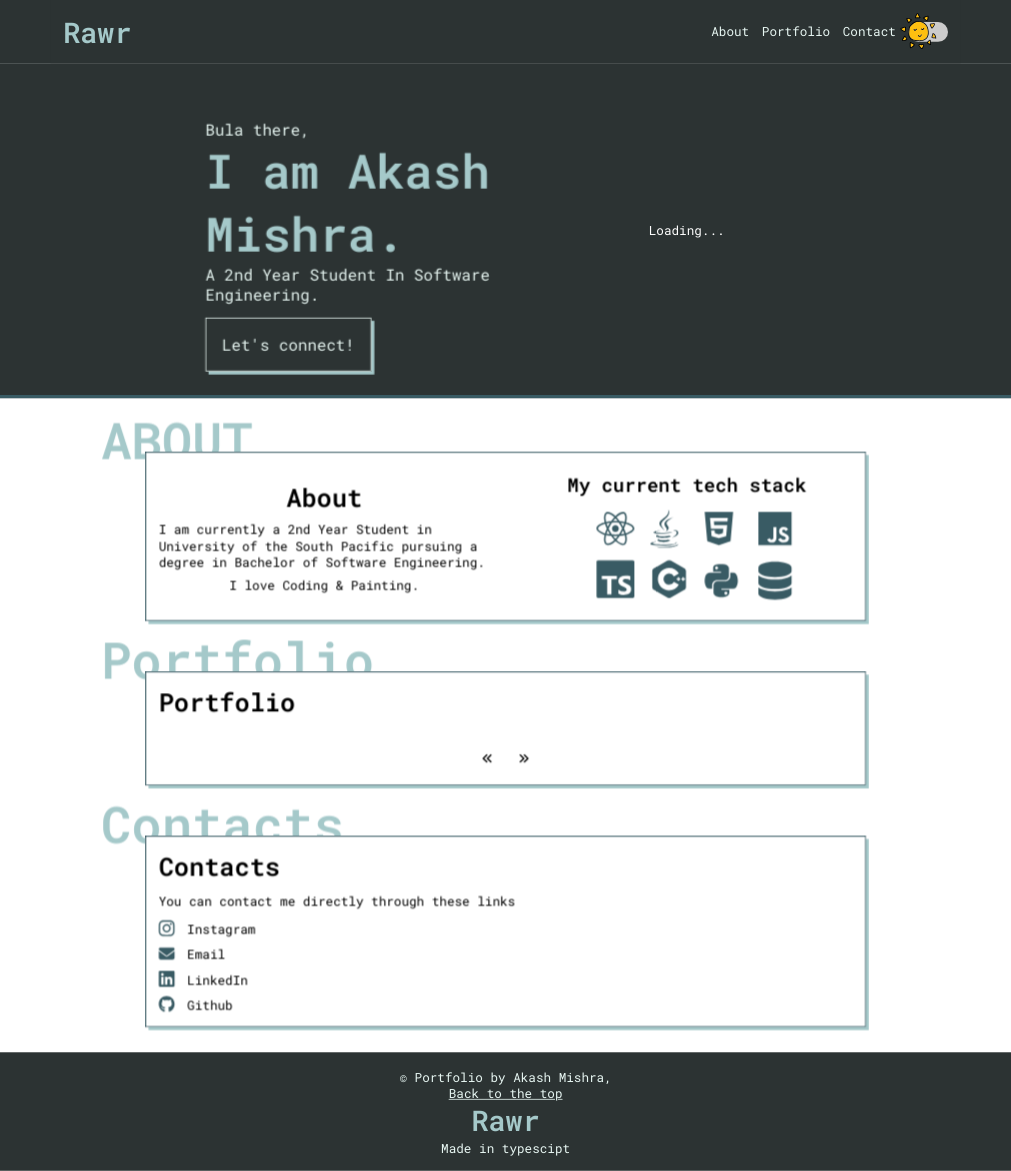
Repository: akashrawr/personal-portfolio
Page: /
These files come from the project's save history. The page is drawn as it stood at one moment and after the next save; the edit follows.
The browser window is 1280 px wide. The pictures show the whole page, at 79% of full size.
The page's requests for data from a server got no answer. The project was rebuilt for these pictures with package versions that can differ from the ones it lists, and the page was loaded fresh each time. The framework's server and built-in components were replaced by stand-ins that run in the browser. No one was signed in, and anything a server would have sent is missing. Also part of the build but not shown: next.config.ts.

Above is the page before, as saved 2025-01-02 21:21:39.

### app/layout.tsx
import type { Metadata } from "next";
import { Geist, Geist_Mono } from "next/font/google";
import "./globals.css";

const geistSans = Geist({
  variable: "--font-geist-sans",
  subsets: ["latin"],
});

const geistMono = Geist_Mono({
  variable: "--font-geist-mono",
  subsets: ["latin"],
});

export const metadata: Metadata = {
  title: "akashrawr",
  description: "Personal Portfolio",
};

export default function RootLayout({
  children,
}: Readonly<{
  children: React.ReactNode;
}>) {
  return (
    <html lang="en" translate="no"> {/* Prevent translation of the entire page */}
      <head>
        <meta charSet="UTF-8" />
        <meta httpEquiv="Content-Language" content="en" /> {/* Explicitly set content language */}
        <meta name="google" content="notranslate" /> {/* Inform Google to not translate */}
        <link rel="icon" href="/rawr.ico" type="image/x-icon" />
        <title>akashrawr</title>
        <meta name="description" content="My Personal Portfolio" />
      </head>
      <body className={`${geistSans.variable} ${geistMono.variable} antialiased`}>
        <div className="notranslate">
          {children}
        </div>
      </body>
    </html>
  );
}

### app/page.tsx
"use client"; // Enables client-side functionality
import React, { useState, useEffect } from "react";
import AOS from "aos";
import "aos/dist/aos.css";
import "./globals.css"; // Import global styles

// Import components
import Header from "./components/Header";
import Hero from "./components/Hero";
import About from "./components/About";
import Portfolio from "./components/Portfolio";
import Contact from "./components/Contact";
import Footer from "./components/Footer";

const Page: React.FC = () => {
  useEffect(() => {
    AOS.init({ once: true, delay: 0 });
  }, []);

  const [isNavVisible, setIsNavVisible] = useState(false);
  const [darkMode, setDarkMode] = useState(false);

  const toggleNav = () => {
    setIsNavVisible(!isNavVisible);
  };

  const toggleDarkMode = () => {
    setDarkMode(!darkMode);
    document.body.classList.toggle("dark-mode", !darkMode);
  };

  return (
    <div>
      <Header
        isNavVisible={isNavVisible}
        toggleNav={toggleNav}
        darkMode={darkMode}
        toggleDarkMode={toggleDarkMode}
      />
      <main>
        <Hero />
        <About />
        <Portfolio />
        <Contact />
      </main>
      <Footer />
    </div>
  );
};

export default Page;

### app/components/Hero.tsx
import React, { useEffect, useState } from 'react';
import supabase from '../utils/supabaseClient';  // Adjust path if in 'utils'
import Image from 'next/image';  // Import Image from next/image

function Hero() {
  const [heroImage, setHeroImage] = useState<string | null>(null);

  useEffect(() => {
    const fetchHeroImage = async () => {
      const { data, error } = await supabase
        .from('hero')  // Table name is 'hero'
        .select('image_path')        // Only selecting 'image_path' column
        .limit(1);                   // Limiting to only one result (first row)

      if (error) {
        console.error('Error fetching hero image:', error);
      } else {
        setHeroImage(data?.[0]?.image_path || null);
      }
    };

    fetchHeroImage();
  }, [supabase]); // Including 'supabase' as a dependency

  return (
    <section id="hero">
      <div className="hero-main-container">
        {/* Text and Button Container */}
        <div className="hero-container">
          <div className="hero-text-container" data-aos="fade-up">
            <p>Bula there,</p>
            <h2>I am Akash Mishra.</h2>
            <p>A 2nd Year Student In Software Engineering.</p>
          </div>
          <a href="#contact" className="hero-button" data-aos="fade-up">
            Let&apos;s connect!
          </a>
        </div>

        {/* Image Container */}
        <div className="hero-img" data-aos="fade-up">
          {heroImage ? (
            <Image
              className="hero-image"
              src={heroImage}
              alt="Akash"
              layout="responsive"
              width={500}
              height={500}
            />
          ) : (
            <p>Loading...</p>
          )}
        </div>
      </div>
    </section>
  );
}

export default Hero;

### app/components/About.tsx
import React from "react";
import { FontAwesomeIcon } from "@fortawesome/react-fontawesome";
import { faReact, faJava, faHtml5, faJs, faPython } from "@fortawesome/free-brands-svg-icons";
import { SiTypescript, SiCplusplus } from "react-icons/si";
import { faDatabase } from "@fortawesome/free-solid-svg-icons";

const About: React.FC = () => {
  return (
    <section id="about">
      <div className="section-highlight" data-aos="fade-up">
        ABOUT
      </div>
      <div className="about-container" data-aos="fade-up">
        <div className="about-card">
          <section className="about-content">
            <h2>About</h2>
            <p>
              I am currently a 2nd Year Student in University of the South Pacific pursuing a
              degree in Bachelor of Software Engineering.
            </p>
            <p>I love Coding & Painting.</p>
          </section>

          <section className="about-content tech-stack-section">
            <h3>My current tech stack</h3>
            <div className="tech-stack-grid">
              <div className="tech-stack">
                <FontAwesomeIcon icon={faReact} className="about-icon" />
              </div>
              <div className="tech-stack">
                <FontAwesomeIcon icon={faJava} className="about-icon" />
              </div>
              <div className="tech-stack">
                <FontAwesomeIcon icon={faHtml5} className="about-icon" />
              </div>
              <div className="tech-stack">
                <FontAwesomeIcon icon={faJs} className="about-icon" />
              </div>
              <div className="tech-stack">
                <SiTypescript className="about-icon ts-icon" />
              </div>
              <div className="tech-stack">
                <SiCplusplus className="about-icon cpp-icon" />
              </div>
              <div className="tech-stack">
                <FontAwesomeIcon icon={faPython} className="about-icon" />
              </div>
              <div className="tech-stack">
                <FontAwesomeIcon icon={faDatabase} className="about-icon" />
              </div>
            </div>
          </section>
        </div>
      </div>
    </section>
  );
};

export default About;

### app/components/Portfolio.tsx
import React, { useEffect, useState } from 'react';
import { FontAwesomeIcon } from '@fortawesome/react-fontawesome';
import { faGithub } from '@fortawesome/free-brands-svg-icons';
import { faLaptopCode, faAngleDoubleRight, faAnglesLeft } from '@fortawesome/free-solid-svg-icons';
import supabase from '../utils/supabaseClient';  // Adjust path if in 'utils'
import Image from 'next/image'; // Import Image from Next.js

type Project = {
  id: number;
  title: string;
  description: string;
  image_path: string;
  repo_link: string;
  live_demo_link?: string | null;
};

function Portfolio() {
  const [projects, setProjects] = useState<Project[]>([]);
  const [currentPage, setCurrentPage] = useState<number>(1);
  const projectsPerPage = 4;

  useEffect(() => {
    const fetchProjects = async () => {
      const { data, error } = await supabase
        .from('portfolio')  // Table name is 'portfolio'
        .select('*')
        .order('id', { ascending: true }); // Fetch data in ascending order by 'id'

      if (error) {
        console.error('Error fetching projects:', error);
      } else {
        // Sort the projects manually to match your custom order
        const customOrder = [5, 4, 3, 2, 1]; // Custom order for IDs
        const sortedProjects = customOrder.map(id => data?.find(project => project.id === id)).filter(Boolean) as Project[];

        setProjects(sortedProjects);
      }
    };

    fetchProjects();
  }, [supabase]);

  // Calculate total pages
  const totalPages = Math.ceil(projects.length / projectsPerPage);

  // Calculate current projects to display
  const indexOfLastProject = currentPage * projectsPerPage;
  const indexOfFirstProject = indexOfLastProject - projectsPerPage;
  const currentProjects = projects.slice(indexOfFirstProject, indexOfLastProject);

  const handleNext = () => {
    setCurrentPage((prevPage) => (prevPage < totalPages ? prevPage + 1 : prevPage));
  };

  const handlePrevious = () => {
    setCurrentPage((prevPage) => (prevPage > 1 ? prevPage - 1 : prevPage));
  };

  const handlePageClick = (page: number) => {
    setCurrentPage(page);
  };

  return (
    <section id="portfolio">
      <div className="section-highlight" data-aos="fade-up">
        Portfolio
      </div>
      <div className="portfolio-container" data-aos="fade-up">
        <div className="portfolio-card">
          <div className="portfolio-content">
            <h2>Portfolio</h2>
            {/* Project Container */}
            <div className="project-container">
              {currentProjects.map((project) => (
                <section className="project-card" key={project.id}>
                  <Image
                    className="project-img"
                    src={project.image_path}
                    alt={project.title}
                    width={500}
                    height={300}
                    loading="lazy" // Enable lazy loading
                  />
                  <h3>{project.title}</h3>
                  <h5>Project Description</h5>
                  <p>{project.description}</p>
                  <div className="project-card-links">
                    <a href={project.repo_link} className="project-link">
                      <FontAwesomeIcon icon={faGithub} className="project-icons" />
                      Repository
                    </a>
                    {/* Only show Live Demo if the link exists */}
                    {project.live_demo_link && project.live_demo_link !== '' && (
                      <a href={project.live_demo_link} className="project-link">
                        <FontAwesomeIcon icon={faLaptopCode} className="project-icons" />
                        Live Demo
                      </a>
                    )}
                  </div>
                </section>
              ))}
            </div>
            {/* End of Project Container */}

            {/* Pagination Controls */}
            <div className="pagination">
              <a
                href="#!"
                onClick={handlePrevious}
                className={currentPage === 1 ? 'disabled' : ''}
              >
                <FontAwesomeIcon icon={faAnglesLeft} />
              </a>
              {[...Array(totalPages)].map((_, index) => (
                <a
                  key={index + 1}
                  href="#!"
                  onClick={() => handlePageClick(index + 1)}
                  className={currentPage === index + 1 ? 'active' : ''}
                >
                  {index + 1}
                </a>
              ))}
              <a
                href="#!"
                onClick={handleNext}
                className={currentPage === totalPages ? 'disabled' : ''}
              >
                <FontAwesomeIcon icon={faAngleDoubleRight} />
              </a>
            </div>
          </div>
        </div>
      </div>
    </section>
  );
}

export default Portfolio;

### app/components/Contact.tsx
import React from "react";
import { FontAwesomeIcon } from "@fortawesome/react-fontawesome";
import { faInstagram, faGithub, faLinkedin } from "@fortawesome/free-brands-svg-icons";
import { faEnvelope } from "@fortawesome/free-solid-svg-icons";

const Contact: React.FC = () => {
  return (
    <section id="contact">
      <h2 className="section-highlight" data-aos="fade-up">
        Contacts
      </h2>
      <div className="contact-container" data-aos="fade-up">
        <div className="contact-card">
          <h2>Contacts</h2>
          <p>You can contact me directly through these links</p>

          <div className="contact-links">
            <a href="https://www.instagram.com/_acnologxa" className="contact-link">
              <FontAwesomeIcon icon={faInstagram} className="contact-icons" />
              Instagram
            </a>

            <a href="mailto:akashkm553@gmail.com" className="contact-link">
              <FontAwesomeIcon icon={faEnvelope} className="contact-icons" />
              Email
            </a>

            <a href="https://www.linkedin.com/in/akashmishra-rawr" className="contact-link">
              <FontAwesomeIcon icon={faLinkedin} className="contact-icons" />
              LinkedIn
            </a>

            <a href="https://github.com/akashrawr" className="contact-link">
              <FontAwesomeIcon icon={faGithub} className="contact-icons" />
              Github
            </a>
          </div>
        </div>
      </div>
    </section>
  );
};

export default Contact;

### app/components/Footer.tsx
import React from 'react';

const Footer: React.FC = () => {
  return (
    <footer>
      <div className="footer-content">
        © Portfolio by Akash Mishra,  <br />
        <a href="#hero">Back to the top</a>
        <div className="nav-logo">
          <h1>Rawr</h1>
        </div>
        Made in typescipt <br />
      </div>
    </footer>
  );
};

export default Footer;

### app/utils/supabaseClient.ts
import { createClient } from '@supabase/supabase-js';

// Fetch environment variables
const supabaseUrl = process.env.NEXT_PUBLIC_SUPABASE_URL || '';
const supabaseKey = process.env.NEXT_PUBLIC_SUPABASE_KEY || '';

// Initialize the Supabase client
const supabase = createClient(supabaseUrl, supabaseKey);

export default supabase;

Loaded but not shown: app/globals.css (891 lines, source omitted); app/components/Header.tsx (67 lines, source omitted)

After the next save:
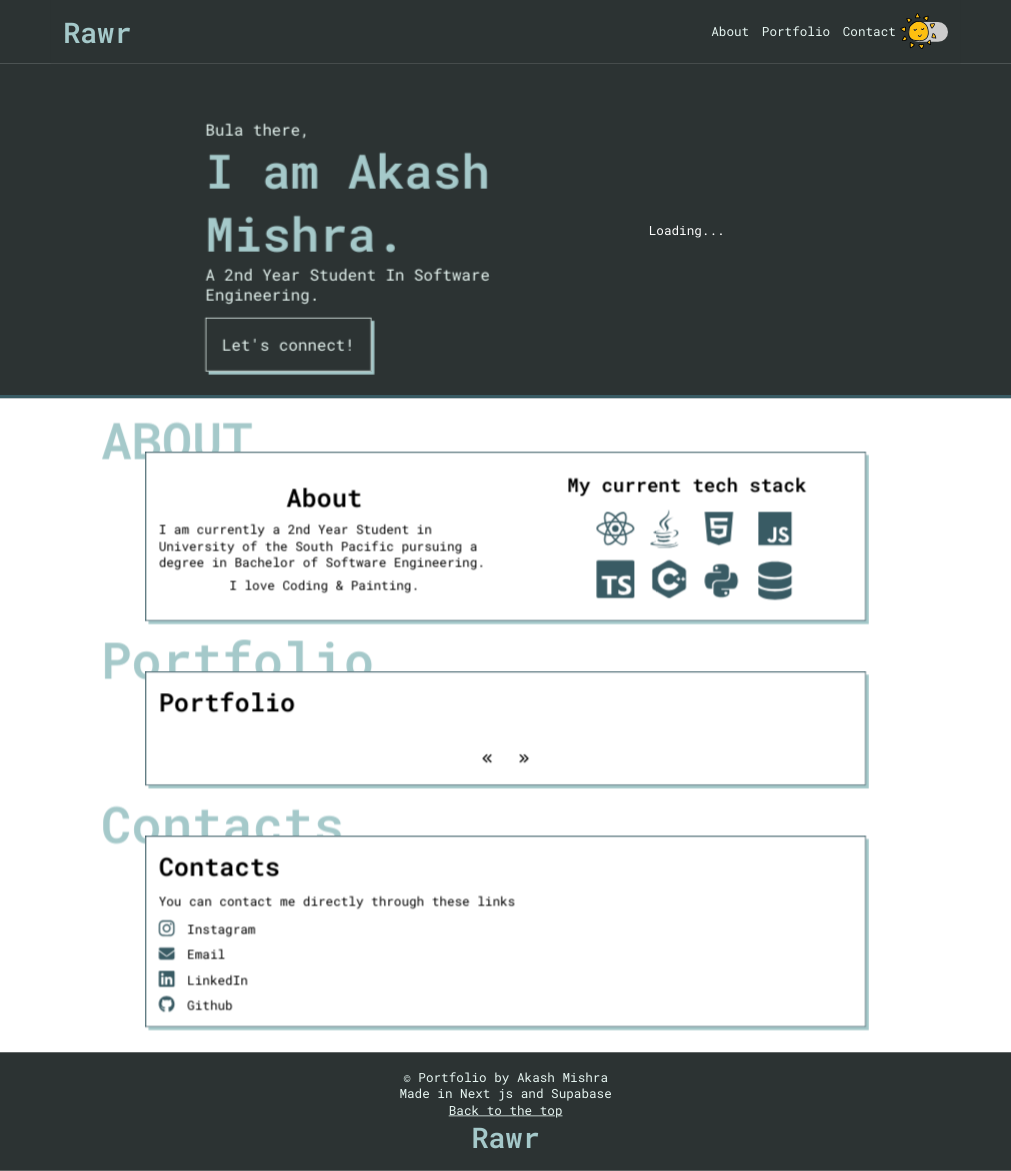
Saved 99 s later.
--- a/app/components/Footer.tsx
+++ b/app/components/Footer.tsx
@@ -4,12 +4,12 @@ const Footer: React.FC = () => {
   return (
     <footer>
       <div className="footer-content">
-        © Portfolio by Akash Mishra,  <br />
+        © Portfolio by Akash Mishra  <br />
+        Made in Next js and Supabase <br />
         <a href="#hero">Back to the top</a>
         <div className="nav-logo">
           <h1>Rawr</h1>
         </div>
-        Made in typescipt <br />
       </div>
     </footer>
   );
